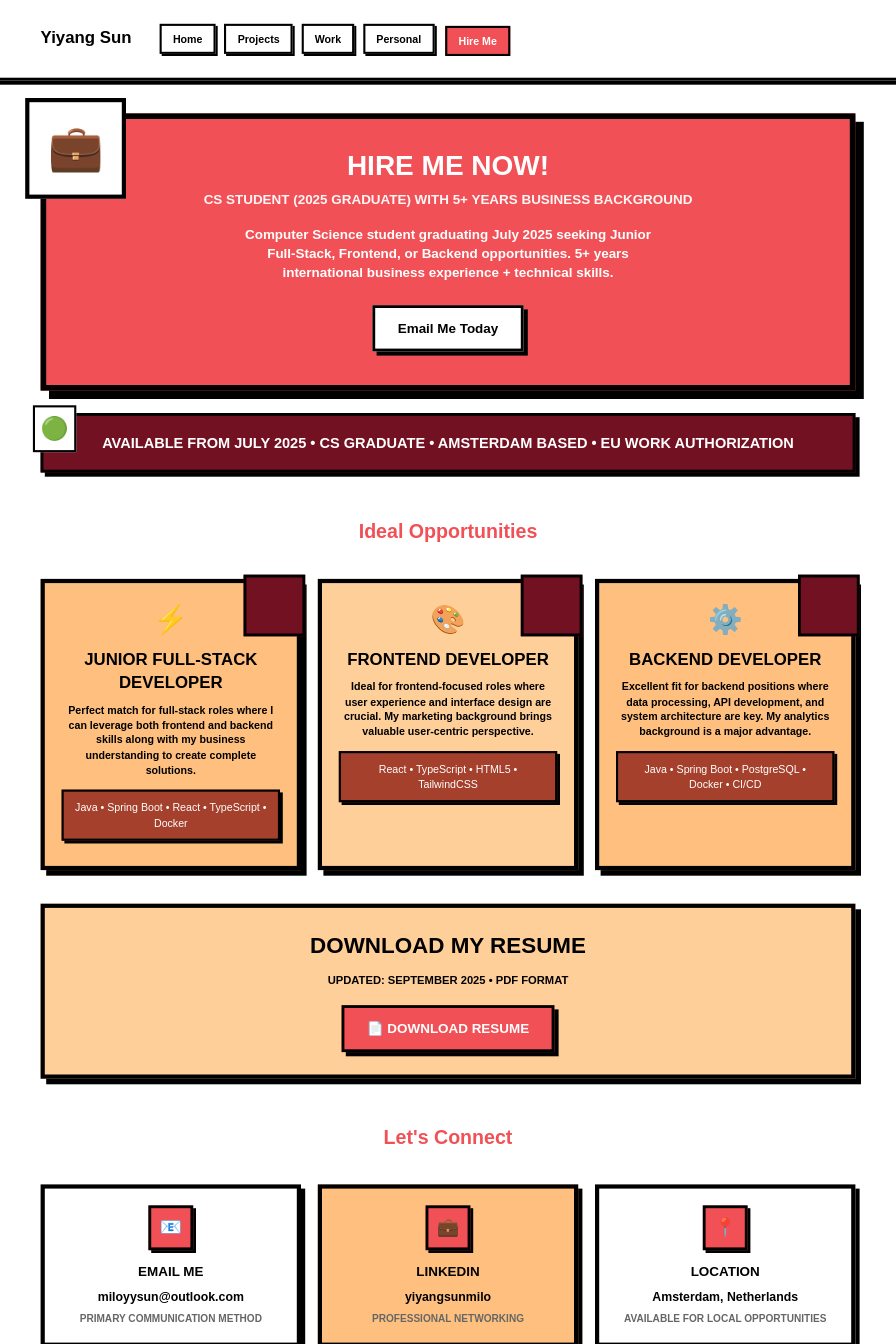
Repository: miloyiyangsun/yiyangsun.github.io
Page: .superdesign/design_iterations/yiyang_hireme_v2.html
These files come from the project's save history. The page is drawn as it stood at one moment and after the next save; the edit follows.
The browser window is 1280 px wide. The pictures show the part of the page from y = 0 to 1920 px (the page is 2668 px tall before and 2248 px after), at 70% of full size.

Above is the page before, as saved 2025-09-03 17:24:00.

### .superdesign/design_iterations/yiyang_hireme_v2.html
<!DOCTYPE html>
<html lang="en">
<head>
    <meta charset="UTF-8">
    <meta name="viewport" content="width=device-width, initial-scale=1.0">
    <title>Hire Me - Yiyang Sun [Neo-Brutalist Portfolio]</title>
    <meta name="description" content="Hire Yiyang Sun - Computer Science Student (2025 Graduate) with 5+ years business experience seeking Junior Full-Stack, Frontend, or Backend opportunities in Amsterdam. Neo-brutalist design.">

    <!-- Neo-Brutalist Theme -->
    <link rel="stylesheet" href="brutalist_theme_v2.css">

    <style>
        /* Hire Me specific brutal styles */
        body {
            padding-top: 120px;
            background: #FFFFFF;
        }

        .main-container {
            max-width: 1200px;
            margin: 0 auto;
            padding: 18px;
        }

        /* Hero CTA - Brutal */
        .hire-hero {
            background: #F15156;
            color: #FFFFFF;
            border: 8px solid #000000;
            padding: 48px 24px;
            text-align: center;
            box-shadow: 12px 12px 0 #000000;
            position: relative;
            margin: 24px 0;
        }

        .hire-hero::before {
            content: '💼';
            position: absolute;
            top: -30px;
            left: -30px;
            font-size: 4rem;
            background: #FFFFFF;
            border: 6px solid #000000;
            padding: 16px;
            width: 100px;
            height: 100px;
            display: flex;
            align-items: center;
            justify-content: center;
        }

        .hire-title {
            font-size: 2.5rem;
            font-weight: 900;
            text-transform: uppercase;
            margin: 0 0 18px 0;
            line-height: 0.9;
        }

        .hire-subtitle {
            font-size: 1.2rem;
            font-weight: 700;
            text-transform: uppercase;
            margin-bottom: 24px;
            opacity: 0.95;
        }

        /* Opportunity Cards - Brutal */
        .opportunity-grid {
            display: grid;
            grid-template-columns: repeat(auto-fit, minmax(300px, 1fr));
            gap: 24px;
            margin: 48px 0;
        }

        .opportunity-card {
            background: #FFFFFF;
            border: 6px solid #000000;
            padding: 24px;
            box-shadow: 8px 8px 0 #000000;
            position: relative;
            text-align: center;
        }

        .opportunity-card:hover {
            transform: translate(-4px, -4px);
            box-shadow: 16px 16px 0 #000000;
        }

        .opportunity-card:nth-child(1) {
            background: #FFC07F;
        }

        .opportunity-card:nth-child(2) {
            background: #FFCF99;
        }

        .opportunity-card:nth-child(3) {
            background: #FFC07F;
        }

        .opportunity-card::before {
            content: '';
            position: absolute;
            top: -12px;
            right: -12px;
            width: 80px;
            height: 80px;
            background: #721121;
            border: 4px solid #000000;
        }

        .opportunity-icon {
            font-size: 2.5rem;
            display: block;
            margin-bottom: 12px;
        }

        .opportunity-title {
            font-size: 1.5rem;
            font-weight: 900;
            text-transform: uppercase;
            color: #000000;
            margin-bottom: 12px;
        }

        .opportunity-description {
            font-size: 0.95rem;
            line-height: 1.4;
            font-weight: 600;
            margin-bottom: 18px;
        }

        /* Skills Match - Brutal */
        .skills-match {
            background: #A5402D;
            color: #FFFFFF;
            padding: 12px 16px;
            border: 3px solid #000000;
            margin: 12px 0;
            box-shadow: 4px 4px 0 #000000;
        }

        /* Contact Cards - Brutal */
        .contact-grid {
            display: grid;
            grid-template-columns: repeat(auto-fit, minmax(280px, 1fr));
            gap: 24px;
            margin: 48px 0;
        }

        .contact-card {
            background: #FFFFFF;
            border: 6px solid #000000;
            padding: 24px;
            text-align: center;
            box-shadow: 6px 6px 0 #000000;
            position: relative;
        }

        .contact-card:hover {
            background: #FFCF99;
            transform: translate(-3px, -3px);
            box-shadow: 11px 11px 0 #000000;
        }

        .contact-card:nth-child(even) {
            background: #FFC07F;
        }

        .contact-card:nth-child(even):hover {
            background: #F15156;
            color: #FFFFFF;
        }

        .contact-icon {
            width: 64px;
            height: 64px;
            background: #F15156;
            border: 4px solid #000000;
            border-radius: 0;
            margin: 0 auto 18px auto;
            display: flex;
            align-items: center;
            justify-content: center;
            font-size: 1.6rem;
            color: #FFFFFF;
            box-shadow: 4px 4px 0 #000000;
        }

        .contact-title {
            font-size: 1.2rem;
            font-weight: 900;
            text-transform: uppercase;
            margin-bottom: 10px;
            color: #000000;
        }

        .contact-info {
            font-size: 1.1rem;
            font-weight: 700;
            margin-bottom: 8px;
        }

        .contact-description {
            font-size: 0.9rem;
            font-weight: 600;
            text-transform: uppercase;
            color: #666666;
        }

        /* Value Proposition - Brutal */
        .value-proposition {
            background: #721121;
            color: #FFFFFF;
            padding: 48px;
            border: 8px solid #000000;
            box-shadow: 12px 12px 0 #000000;
            margin: 64px 0;
        }

        .value-title {
            font-size: 2.5rem;
            font-weight: 900;
            text-transform: uppercase;
            text-align: center;
            margin-bottom: 32px;
        }

        .value-grid {
            display: grid;
            grid-template-columns: repeat(auto-fit, minmax(250px, 1fr));
            gap: 24px;
        }

        .value-item {
            padding: 24px;
            background: rgba(255, 255, 255, 0.1);
            border: 2px solid rgba(255, 255, 255, 0.3);
            text-align: center;
        }

        .value-item-title {
            font-size: 1.2rem;
            font-weight: 900;
            text-transform: uppercase;
            margin-bottom: 12px;
        }

        .value-item-description {
            font-size: 1rem;
            font-weight: 500;
            line-height: 1.4;
        }

        /* Resume Download - Brutal */
        .resume-section {
            background: #FFCF99;
            border: 6px solid #000000;
            padding: 32px;
            text-align: center;
            box-shadow: 8px 8px 0 #000000;
            margin: 32px 0;
        }

        .resume-title {
            font-size: 2rem;
            font-weight: 900;
            text-transform: uppercase;
            margin-bottom: 16px;
        }

        .resume-info {
            font-size: 1rem;
            font-weight: 600;
            margin-bottom: 24px;
            text-transform: uppercase;
        }

        .download-button {
            display: inline-block;
            background: #F15156;
            color: #FFFFFF;
            padding: 16px 32px;
            border: 4px solid #000000;
            text-decoration: none;
            font-weight: 900;
            font-size: 1.2rem;
            text-transform: uppercase;
            box-shadow: 6px 6px 0 #000000;
        }

        .download-button:hover {
            background: #721121;
            transform: translate(-2px, -2px);
            box-shadow: 8px 8px 0 #000000;
        }

        /* Availability Status - Brutal */
        .availability {
            background: #721121;
            color: #FFFFFF;
            padding: 24px;
            border: 4px solid #000000;
            text-align: center;
            margin: 32px 0;
            box-shadow: 6px 6px 0 #000000;
            position: relative;
        }

        .availability::before {
            content: '🟢';
            position: absolute;
            top: -15px;
            left: -15px;
            font-size: 2rem;
            background: #FFFFFF;
            border: 3px solid #000000;
            padding: 8px;
            border-radius: 0;
        }

        .availability-text {
            font-size: 1.3rem;
            font-weight: 900;
            text-transform: uppercase;
        }

        /* Mobile responsive */
        @media (max-width: 768px) {
            .hire-title {
                font-size: 2.5rem;
            }

            .hire-hero {
                padding: 40px 20px;
            }

            .opportunity-grid,
            .contact-grid {
                grid-template-columns: 1fr;
            }

            .value-proposition {
                padding: 32px 20px;
            }

            .value-title {
                font-size: 2rem;
            }
        }
    </style>
</head>

<body>
    <!-- Brutalist Navigation -->
    <nav class="brutalist-nav">
        <div class="main-container">
            <strong style="font-size: 1.5rem; margin-right: 32px;">Yiyang Sun</strong>
            <a href="yiyang_home_v2.html" class="brutalist-nav-item">Home</a>
            <a href="yiyang_projects_v2.html" class="brutalist-nav-item">Projects</a>
            <a href="yiyang_work_v2.html" class="brutalist-nav-item">Work</a>
            <a href="yiyang_personal_v2.html" class="brutalist-nav-item">Personal</a>
            <a href="yiyang_hireme_v2.html" class="brutalist-nav-item active">Hire Me</a>
        </div>
    </nav>

    <!-- Main Content -->
    <main class="main-container">
        <!-- Hero CTA -->
        <section class="hire-hero">
            <div class="hire-title">Hire Me Now!</div>
            <div class="hire-subtitle">CS Student (2025 Graduate) with 5+ Years Business Background</div>
            <p style="font-size: 1.2rem; font-weight: 600; max-width: 600px; margin: 0 auto 32px auto;">
                Computer Science student graduating July 2025 seeking Junior Full-Stack, Frontend, or Backend opportunities.
                5+ years international business experience + technical skills.
            </p>
            <a href="mailto:miloyysun@outlook.com?subject=Job Opportunity&body=Hi Yiyang, I'm interested in discussing a software development opportunity with you."
               class="brutalist-button" style="background: #FFFFFF; color: #000000; font-size: 1.2rem; padding: 16px 32px;">
Email Me Today
            </a>
        </section>

        <!-- Availability Status -->
        <section class="availability">
            <div class="availability-text">Available from July 2025 • CS Graduate • Amsterdam Based • EU Work Authorization</div>
        </section>

        <!-- Opportunity Types -->
        <section>
            <h2 class="title-large brutalist-text-center" style="margin: 64px 0 32px 0;">Ideal Opportunities</h2>

            <div class="opportunity-grid">
                <div class="opportunity-card">
                    <span class="opportunity-icon">⚡</span>
                    <div class="opportunity-title">Junior Full-Stack Developer</div>
                    <div class="opportunity-description">
                        Perfect match for full-stack roles where I can leverage both frontend and backend skills
                        along with my business understanding to create complete solutions.
                    </div>
                    <div class="skills-match">
                        Java • Spring Boot • React • TypeScript • Docker
                    </div>
                </div>

                <div class="opportunity-card">
                    <span class="opportunity-icon">🎨</span>
                    <div class="opportunity-title">Frontend Developer</div>
                    <div class="opportunity-description">
                        Ideal for frontend-focused roles where user experience and interface design are crucial.
                        My marketing background brings valuable user-centric perspective.
                    </div>
                    <div class="skills-match">
                        React • TypeScript • HTML5 • TailwindCSS
                    </div>
                </div>

                <div class="opportunity-card">
                    <span class="opportunity-icon">⚙️</span>
                    <div class="opportunity-title">Backend Developer</div>
                    <div class="opportunity-description">
                        Excellent fit for backend positions where data processing, API development, and system architecture
                        are key. My analytics background is a major advantage.
                    </div>
                    <div class="skills-match">
                        Java • Spring Boot • PostgreSQL • Docker • CI/CD
                    </div>
                </div>
            </div>
        </section>

        <!-- Value Proposition -->
        <!-- <section class="value-proposition">
            <div class="value-title">Why Hire Me?</div>
            <div class="value-grid">
                <div class="value-item">
                    <div class="value-item-title">Unique Business Background</div>
                    <div class="value-item-description">
                        5+ years of international business experience brings valuable perspective to software development projects
                    </div>
                </div>
                <div class="value-item">
                    <div class="value-item-title">Proven Problem Solver</div>
                    <div class="value-item-description">
                        Demonstrated ability to analyze complex problems and implement effective technical solutions
                    </div>
                </div>
                <div class="value-item">
                    <div class="value-item-title">International Experience</div>
                    <div class="value-item-description">
                        Worked across Singapore, China, and Netherlands - excellent for global teams and cross-cultural projects
                    </div>
                </div>
                <div class="value-item">
                    <div class="value-item-title">Career Transition Success</div>
                    <div class="value-item-description">
                        Successfully transitioned from 5+ years business career to Computer Science, graduating July 2025
                    </div>
                </div>
            </div>
        </section> -->

        <!-- Resume Download -->
        <section class="resume-section">
            <div class="resume-title">Download My Resume</div>
            <div class="resume-info">Updated: September 2025 • PDF Format</div>
            <a href="#" class="download-button">📄 Download Resume</a>
        </section>

        <!-- Contact Information -->
        <section>
            <h2 class="title-large brutalist-text-center" style="margin: 64px 0 32px 0;">Let's Connect</h2>

            <div class="contact-grid">
                <div class="contact-card">
                    <div class="contact-icon">📧</div>
                    <div class="contact-title">Email Me</div>
                    <div class="contact-info">miloyysun@outlook.com</div>
                    <div class="contact-description">Primary Communication Method</div>
                </div>

                <div class="contact-card">
                    <div class="contact-icon">💼</div>
                    <div class="contact-title">LinkedIn</div>
                    <div class="contact-info">yiyangsunmilo</div>
                    <div class="contact-description">Professional Networking</div>
                </div>

                <div class="contact-card">
                    <div class="contact-icon">📍</div>
                    <div class="contact-title">Location</div>
                    <div class="contact-info">Amsterdam, Netherlands</div>
                    <div class="contact-description">Available for Local Opportunities</div>
                </div>
            </div>
        </section>

        <!-- Final CTA -->
        <section class="brutalist-hero brutalist-bg-red" style="margin: 64px 0;">
            <div class="brutalist-text-center">
                <h2 class="title-large" style="color: #FFFFFF; margin-bottom: 16px;">Ready to Start the Conversation?</h2>
                <p style="font-size: 1.3rem; font-weight: 700; color: #FFFFFF; margin-bottom: 32px; max-width: 700px; margin-left: auto; margin-right: auto;">
                    Whether you have a specific role in mind or just want to explore possibilities,
                    I'm excited to discuss how my unique background can contribute to your team's success.
                </p>
                <div style="display: flex; justify-content: center; gap: 16px; flex-wrap: wrap;">
                    <a href="mailto:miloyysun@outlook.com?subject=Software Development Opportunity&body=Hi Yiyang, I'm interested in discussing potential opportunities with you."
                       class="brutalist-button" style="background: #FFFFFF; color: #000000; font-size: 1.1rem;">
                        📧 Send Email
                    </a>
                    <a href="https://linkedin.com/in/yiyangsunmilo"
                       class="brutalist-button" style="background: #FFFFFF; color: #000000; font-size: 1.1rem;" target="_blank">
                        💼 LinkedIn Message
                    </a>
                    <a href="tel:+31626707606"
                       class="brutalist-button" style="background: #FFFFFF; color: #000000; font-size: 1.1rem;">
                        📞 Call: +31 626707606
                    </a>
                </div>

                <div style="margin-top: 32px; padding: 24px; background: rgba(255,255,255,0.1); border: 3px solid rgba(255,255,255,0.3);">
                    <h3 style="font-size: 1.2rem; font-weight: 900; text-transform: uppercase; margin-bottom: 12px;">Quick Hiring Facts:</h3>
                    <div style="display: grid; grid-template-columns: repeat(auto-fit, minmax(150px, 1fr)); gap: 16px; text-align: left;">
                        <div>✅ <strong>Availability:</strong> July 2025</div>
                        <div>✅ <strong>Location:</strong> Amsterdam</div>
                        <div>✅ <strong>Visa Status:</strong> EU Authorized</div>
                        <div>✅ <strong>Experience:</strong> 5+ Years Business</div>
                    </div>
                </div>
            </div>
        </section>
    </main>

    <!-- Footer -->
    <footer style="background: #000000; color: #FFFFFF; padding: 32px; text-align: center; border-top: 4px solid #F15156;">
        <div class="main-container">
            <p style="font-weight: 700; text-transform: uppercase; margin-bottom: 8px;">
                &copy; 2024 Yiyang Sun. Built with brutalist design principles.
            </p>
            <p style="font-size: 0.9rem; text-transform: uppercase;">
                Designed and developed with neo-brutalism • Amsterdam, Netherlands
            </p>
        </div>
    </footer>

    <script>
        // Minimal JavaScript for hire me page
        console.log('💼 HIRE ME PAGE - NEO-BRUTALIST DESIGN LOADED');
        console.log('🚀 READY TO HIRE YIYANG SUN!');

        // Enhanced button press effects for CTA buttons
        document.querySelectorAll('.brutalist-button, .download-button, .contact-card').forEach(element => {
            element.addEventListener('mousedown', function() {
                this.style.transform = 'translate(3px, 3px)';
                this.style.boxShadow = 'none';
            });

            element.addEventListener('mouseup', function() {
                this.style.transform = '';
                this.style.boxShadow = '';
            });

            element.addEventListener('mouseleave', function() {
                this.style.transform = '';
                this.style.boxShadow = '';
            });
        });

        // Log hiring intent tracking
        document.querySelectorAll('a[href^="mailto:"]').forEach(emailLink => {
            emailLink.addEventListener('click', function() {
                console.log('📧 EMAIL CLICK - POTENTIAL HIRE INTEREST!');
            });
        });
    </script>
</body>
</html>

Loaded but not shown: .superdesign/design_iterations/brutalist_theme_v2.css (336 lines, source omitted)

After the next save:
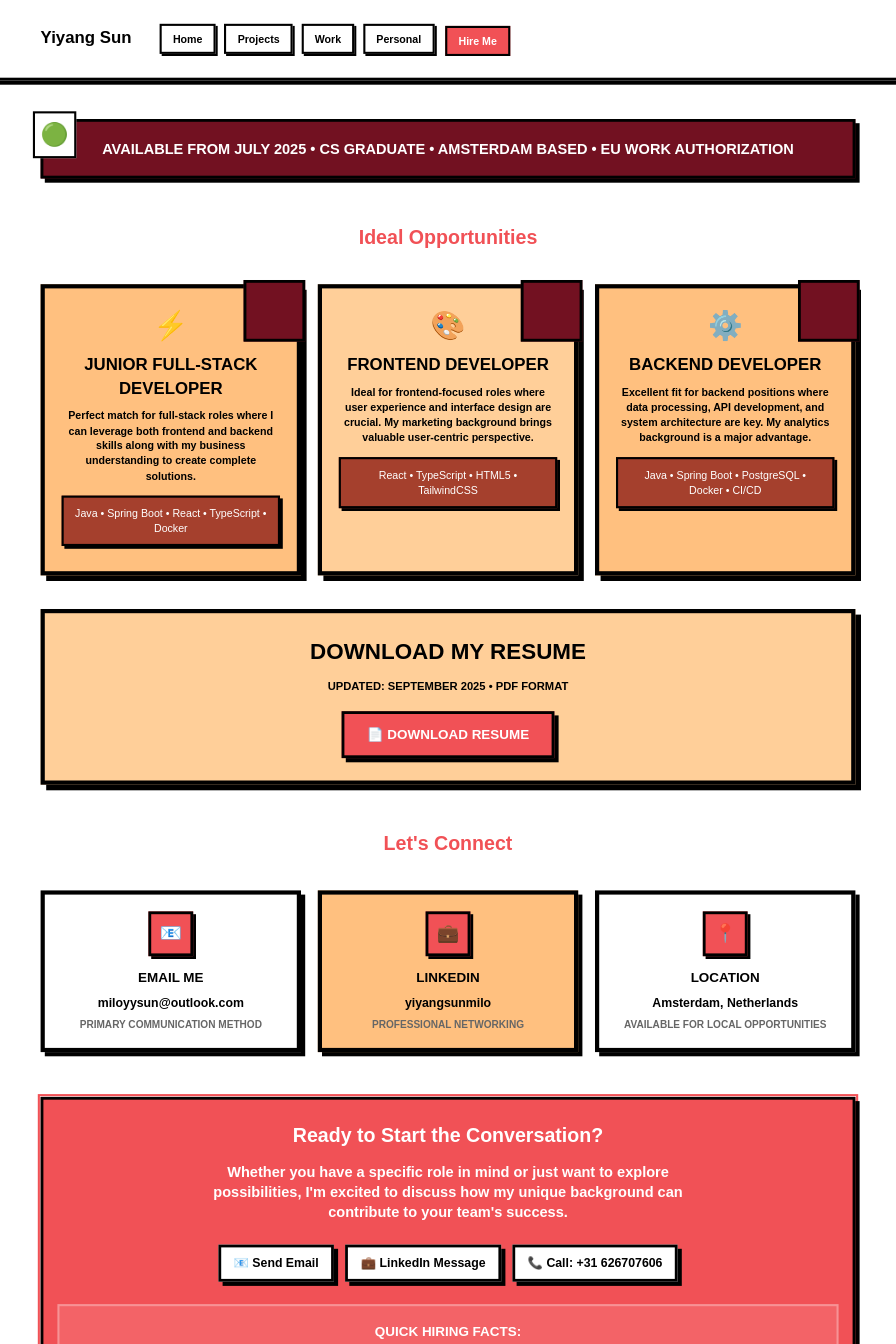
Saved 17 s later.
--- a/.superdesign/design_iterations/yiyang_hireme_v2.html
+++ b/.superdesign/design_iterations/yiyang_hireme_v2.html
@@ -369,7 +369,7 @@
     <!-- Main Content -->
     <main class="main-container">
         <!-- Hero CTA -->
-        <section class="hire-hero">
+        <!-- <section class="hire-hero">
             <div class="hire-title">Hire Me Now!</div>
             <div class="hire-subtitle">CS Student (2025 Graduate) with 5+ Years Business Background</div>
             <p style="font-size: 1.2rem; font-weight: 600; max-width: 600px; margin: 0 auto 32px auto;">
@@ -380,7 +380,7 @@
                class="brutalist-button" style="background: #FFFFFF; color: #000000; font-size: 1.2rem; padding: 16px 32px;">
 Email Me Today
             </a>
-        </section>
+        </section> -->
 
         <!-- Availability Status -->
         <section class="availability">
